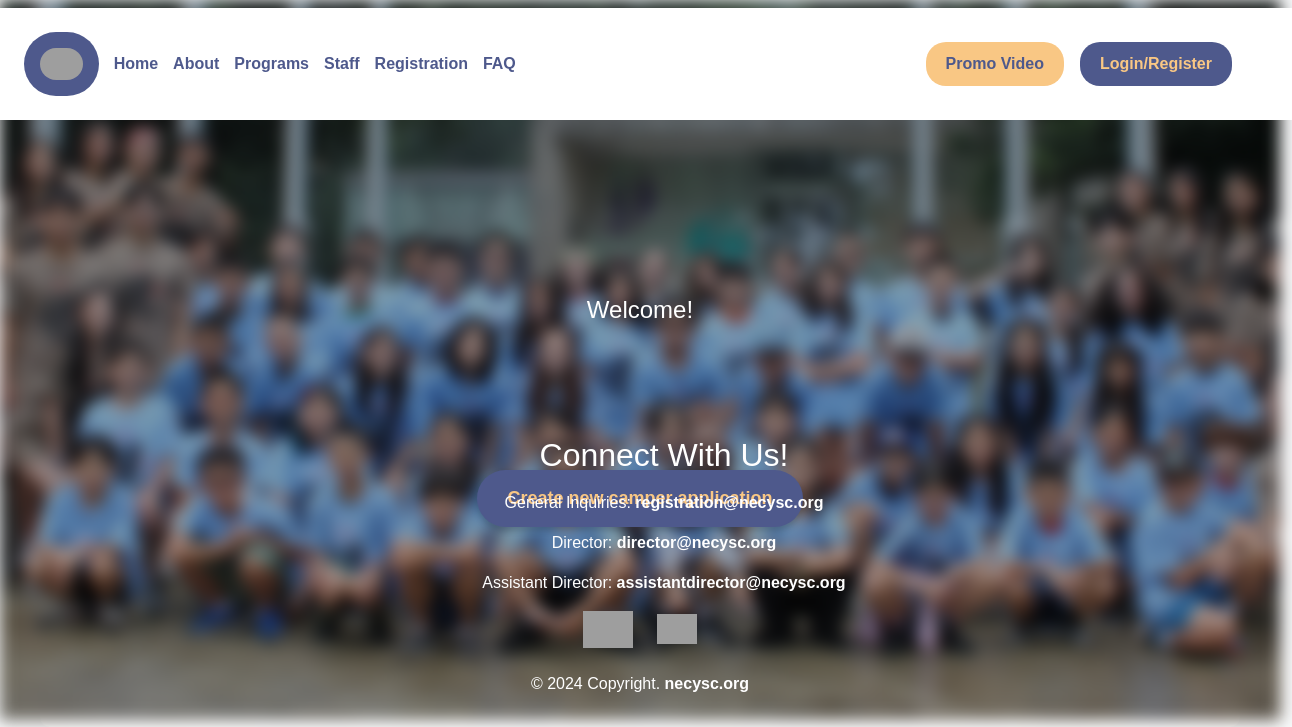
Repository: fullstackatbrown/project-necysc
Page: necysc_app/templates/necysc_app/applicant/index.html
An editor plug-in stored every save of this project. The page is shown before and after a run of saves, followed by the edit.
The browser window is 1280 px wide. The page is 1292 px wide, so the pictures cover 1292 px, including what lies to the right of the window. The pictures show the whole page.
Pictures or frames that could not be fetched are drawn as grey boxes. Some web fonts or font styles are not loaded; a fallback is used. The template is drawn by Django 5.2. The application's start-up code is not run. Other server files are loaded and not shown. The template is opened directly, without the code that normally fills it, so the values that code supplies are empty.

Above is the page before, as saved 2024-12-04 02:00:08.

### necysc_app/templates/necysc_app/applicant/index.html
{% extends "necysc_app/base.html" %}
{% load static %}
{% block title %} Applicant Portal {% endblock %}
{% block content %}
<link rel="stylesheet" href="{% static 'necysc_app/applicant_home.css' %}">

<style>
    body {
        background-color: #f8f9fa;
        margin: 0;
        padding: 0;
        height: 100%;
        width: 100%;
        overflow: hidden;
    }

    .background {
        position: fixed;
        top: 0;
        left: 0;
        width: 100%;
        height: 100%;
        z-index: -1;
        background-image: url("{% static 'necysc_app/images/necyscbannerimage.jpg' %}");
        background-size: cover;
        background-position: center;
        filter: blur(8px);
    }

    .container {
        position: relative;
        z-index: 1;
        background-color: rgba(255, 255, 255, 0.9);
        padding: 20px;
        border-radius: 10px;
        max-width: 1200px;
        margin: auto;
        margin-top: 20px;
    }

    h1, p, a, button {
        position: relative;
        z-index: 2;
    }

    .glow {
        transition: box-shadow 0.3s ease-in-out;
    }

    .glow:hover {
        box-shadow: 0 0 20px 2px rgba(0, 0, 0, 0.15);
    }
    </style>
    <div class="background"></div>

    <div class="content-container">

    <h4 class="welcome-title">Welcome!</h4>
</div>
{% if applications %}
    <div class="container mb-4">
        {% for application in applications %}
        <div class="card col-4 glow">
            <a href="{% url 'necysc_app:application_detail' application.id %}" class="application-card-link">
                <div class="card-body">
                    <h5 class="card-title"><span>{{ application.applicant_fname }}
                        {{ application.applicant_lname }}</span>
                        {% if application.app_status == 'A' %}
                        <span class="badge bg-success float-end">Accepted </span>
                        {% elif application.app_status == 'P' %}
                        <span class="badge bg-secondary float-end">Pending</span>
                        {% else %}
                        <span class="badge bg-danger float-end">Rejected</span>
                        {% endif %}

                    </h5>
                    <!-- horizontal line-->
                    <hr>
                    <p class="card-text fw-light">Year: {{application.app_year}}</p>
                    <p class="card-text m-0 fw-light">Health Status: {{application.health_record_status}}</p>
                </div>

            </a>
        </div>
        {% endfor %}
    </div>
{% endif %}


<div class="button-container">
    <a class="btn-purple enlarged-btn"
        href="{% url 'necysc_app:new_application' %}">Create new camper application</a>
</div>

<style>
    .button-container {
        display: flex;
        justify-content: center;
        align-items: flex-start; /* 对齐到顶部 */
        height: 33vh; /* 占页面高度的三分之一 */
        margin-top: 5vh; /* 添加顶部间距让按钮稍微下移 */
    }
    .content-container {
        display: flex;
        flex-direction: column; /* 元素垂直排列 */
        justify-content: center; /* 垂直居中 */
        align-items: center; /* 水平居中 */
        height: 33vh; /* 占页面高度的三分之一 */
        margin-top: 5vh; /* 页面顶部留空 */
    }


/* 按钮样式 */
.btn-purple {
    background-color: #4e598c;
    color: #f9c784;
    transition: all 0.3s ease;
    border: none;
    padding: 15px 30px; /* 增加按钮的内边距 */
    cursor: pointer;
    font-size: 18px; /* 增大字体 */
    border-radius: 50px;
    box-shadow: 0 4px 6px rgba(0, 0, 0, 0.2); /* 添加轻微阴影效果 */
}

.btn-purple:hover {
    background-color: #f9c784;
    color: #ffffff;
}

/* 放大效果 */
.enlarged-btn {
    transform: scale(1); /* 默认比例 */
    transition: transform 0.3s ease;
}

.enlarged-btn:hover {
    transform: scale(1.2); /* 鼠标悬停时放大 */
}
</style>


{% endblock %}

### necysc_app/templates/necysc_app/base.html
<!DOCTYPE html>
<html lang="en">
	<!-- Header -->
	{% load static %} {% include 'necysc_app/header.html' %}

	<head>
		<!-- Required meta tags -->
		<meta charset="utf-8" />
		<meta name="viewport" content="width=device-width, initial-scale=1" />

		<!--Bootstrap CSS-->
		<link
			href="https://cdn.jsdelivr.net/npm/bootstrap@5.0.2/dist/css/bootstrap.min.css"
			rel="stylesheet"
			integrity="sha384-EVSTQN3/azprG1Anm3QDgpJLIm9Nao0Yz1ztcQTwFspd3yD65VohhpuuCOmLASjC"
			crossorigin="anonymous"
		/>

		<title>{% block title %} {% endblock %}</title>
		<link rel="preconnect" href="https://fonts.googleapis.com" />
		<link rel="preconnect" href="https://fonts.gstatic.com" crossorigin />
		<link
			href="https://fonts.googleapis.com/css2?family=Roboto+Mono:ital,wght@0,100..700;1,100..700&display=swap"
			rel="stylesheet"
		/>

		<!--global Hind font-->
		<link
			href="https://fonts.googleapis.com/css2?family=Hind:wght@400;500;600&display=swap"
			rel="stylesheet"
		/>
		<style>
			body {
				font-family: "Hind", sans-serif;
			}
		</style>

	</head>

	<body>
		<!-- Navbar -->
		{% include 'necysc_app/navbar.html' %}

		<!-- Content -->
		<div class="container">{% block content %} {% endblock %}</div>

		<!-- Footer -->
		{% include 'necysc_app/footer.html' %}

		<!--Bootstrap JavaScript Plugins-->
		<script
			src="https://cdn.jsdelivr.net/npm/bootstrap@5.0.2/dist/js/bootstrap.bundle.min.js"
			integrity="sha384-MrcW6ZMFYlzcLA8Nl+NtUVF0sA7MsXsP1UyJoMp4YLEuNSfAP+JcXn/tWtIaxVXM"
			crossorigin="anonymous"
		></script>
	</body>
</html>

### necysc_app/templates/necysc_app/header.html
<!-- Header -->
<head>
    <meta charset="UTF-8" />
    <!-- Bootstrap Imports -->
    <link
      href="https://cdn.jsdelivr.net/npm/bootstrap@5.0.2/dist/css/bootstrap.min.css"
      rel="stylesheet"
      integrity="sha384-EVSTQN3/azprG1Anm3QDgpJLIm9Nao0Yz1ztcQTwFspd3yD65VohhpuuCOmLASjC"
      crossorigin="anonymous"
    />
    <link
      href="https://cdn.jsdelivr.net/npm/bootstrap-icons@1.8.1/font/bootstrap-icons.css"
      rel="stylesheet"
    />
    <script
    src="https://cdn.jsdelivr.net/npm/bootstrap@5.0.2/dist/js/bootstrap.bundle.min.js"
    integrity="sha384-MrcW6ZMFYlzcLA8Nl+NtUVF0sA7MsXsP1UyJoMp4YLEuNSfAP+JcXn/tWtIaxVXM"
    crossorigin="anonymous"
    ></script>
    <meta name="viewport" content="width=device-width, initial-scale=1" />
    {% load static %}
    <link href="{% static 'necysc_app/style.css' %}" rel="stylesheet" />
    <link rel="icon" href="{%  static 'necysc_app/images/favicon.ico' %}">
</head>

### necysc_app/templates/necysc_app/navbar.html
<!DOCTYPE html>
<html>
<head>
    <title>Your Page Title</title>
    <style>
        a {
            font-weight: bold;
            text-decoration: none;
        }

        .dropdown {
            position: relative;
            display: inline-block;
        }

        .dropdown-content {
            display: none;
            position: absolute;
            background-color: #f9f9f9;
            min-width: 160px;
            box-shadow: 0px 8px 16px 0px rgba(0, 0, 0, 0.2);
            z-index: 10;
            top: 100%;
        }

        .dropdown-content a {
            color: #4e598c;
            padding: 12px 16px;
            text-decoration: none;
            display: block;
            transition: color 0.3s ease, background-color 0.3s ease;
        }

        .dropdown-content a:hover {
            background-color: #4e598c;
            color: #F9C784;
        }

        .dropdown:hover .dropdown-content {
            display: block;
        }

        .navbar-link {
            color: #4e598c;
            transition: color 0.3s ease;
        }

        .navbar-link:hover {
            color: #F9C784;
            background: #4e598c;
            transition: color 0.3s ease;
            padding: 10px 20px;
            border-radius: 9px;
        }

        .active {
            color: #F9C784;
            background: #4e598c;
            padding: 10px 20px;
            text-decoration: none;
            border-radius: 9px;
        }


        .btn-login {
            background-color: #4e598c;
            color: #F9C784;
            transition: all 0.3s ease;
            padding: 10px 20px;
            border-radius: 20px;
            display: inline-block;
            text-align: center;
        }

        .btn-login:hover {
            background-color: #F9C784;
            color: #FFFFFF;
        }

        .btn-padding {
            padding: 10px 20px;
            border-radius: 20px;
            display: inline-block;
            text-align: center;
            background: #F9C784;
            color: #4e598c;
            transition: all 0.3s ease;
        }

        .btn-padding:hover {
            background-color: #4e598c;
            color: #ffffff;
        }


        .col-auto {
            display: flex;
            align-items: center;
        }

        img {
            height: 4rem;
            max-width: 100%;
        }

        #logobutton {
            background-color: #4e598c;
            transition: all 0.3s ease;
        }

        #logobutton:hover {
            background-color: #F9C784;
            color: #FFFFFF;
        }
    </style>
</head>
<body>

<!-- navbar sticky -->
{% load static %}
<div class="row mt-2 pt-4 pb-4 mb-3 d-flex ps-4 pe-5 align-items-center gap-3 sticky-top bg-bi-white bg-white row">

    <input type="checkbox" id="menu-toggle" class="menu-toggle">
    <label for="menu-toggle" class="hamburger">
        &#9776;
    </label>

    <div class="nav-links">

        <div class="col-auto">
            <a href="{% url 'necysc_app:index' %}" id="logo-link">
                <img src="https://www.necysc.org/v2/images/logo2.png" alt="Your Image Description" id="logobutton" class="rounded-pill p-3"/>
            </a>
        </div>

        <div class="dropdown col-auto">
            {% if request.user.is_authenticated %}
            <a href="{% url 'necysc_app:home' %}" class="navbar-link {% if request.path == '/' %}active{% endif %}">Applicant Home</a>
            {% else %}
            <a href="{% url 'necysc_app:index' %}" class="navbar-link {% if request.path == '/' %}active{% endif %}">Home</a>
            {% endif %}
        </div>

        {% if not request.user.is_authenticated %}
        <div class="dropdown col-auto">
            <a href="{% url 'necysc_app:about' %}" class="navbar-link {% if request.path == '/about/' %}active{% endif %}">About</a>
            <div class="dropdown-content">
                <a href="{% url 'necysc_app:about' %}#sponsors">Sponsors</a>
                <a href="{% url 'necysc_app:about' %}#contact">Contact Us</a>
            </div>
        </div>

        <div class="dropdown col-auto">
            <a href="{% url 'necysc_app:programs' %}" class="navbar-link {% if request.path == '/programs/' %}active{% endif %}">Programs</a>
            <div class="dropdown-content">
                <a href="{% url 'necysc_app:programs' %}#day">Day Camp</a>
                <a href="{% url 'necysc_app:programs' %}#on">Overnight Camp</a>
                <a href="{% url 'necysc_app:programs' %}#ea">ExplorAsian</a>
            </div>
        </div>

        <div class="dropdown col-auto">
            <a href="{% url 'necysc_app:staff' %}" class="navbar-link {% if request.path == '/staff/' %}active{% endif %}">Staff</a>
            <div class="dropdown-content">
                <a href="{% url 'necysc_app:staff' %}#cit">CIT</a>
                <a href="{% url 'necysc_app:staff' %}#counselor">Counselor</a>
                <a href="{% url 'necysc_app:staff' %}#ra">RA</a>
                <a href="{% url 'necysc_app:staff' %}#ops">OPs</a>
                <a href="{% url 'necysc_app:staff' %}#committee">Committee</a>
            </div>
        </div>

        <div class="dropdown col-auto">
            <a href="{% url 'necysc_app:registration' %}" class="navbar-link {% if request.path == '/registration/' %}active{% endif %}">Registration</a>
            <div class="dropdown-content">
                <a href="{% url 'necysc_app:registration' %}#importantdates">2025 Important Dates</a>
                <a href="{% url 'necysc_app:registration' %}#financialaid">Financial Aid</a>
            </div>
        </div>

        <div class="dropdown col-auto">
            <a href="{% url 'necysc_app:faq' %}" class="navbar-link {% if request.path == '/faq/' %}active{% endif %}">FAQ</a>
            <div class="dropdown-content">
                <a href="{% url 'necysc_app:faq' %}#faqregistration">Registration</a>
                <a href="{% url 'necysc_app:faq' %}#faqleavingcamp">Leaves and Visits</a>
                <a href="{% url 'necysc_app:faq' %}#faqhealth">Health and Safety</a>
                <a href="{% url 'necysc_app:faq' %}#camp">Camp Activities</a>
            </div>
        </div>
        {% endif %}

        <div class="col-auto ms-auto">
            <a href="https://youtu.be/PPZ1zu8fGl0?si=h436QWcB9vHQeV_G" target="_blank" class="btn-padding me-3">Promo Video</a>
            {% if request.user.is_authenticated %}
            <a href="{% url 'necysc_app:logout' %}" class="btn-login">Logout</a>
            {% else %}
            <a href="{% url 'necysc_app:login' %}" class="btn-login">Login/Register</a>
            {% endif %}
        </div>
    </div>
</div>

</body>
</html>

### necysc_app/templates/necysc_app/footer.html
<!-- Footer -->
<footer class="pt-4" id="contact">


  <h2 class="ps-5 mb-3 mt-5 text-center" style="color: white;">Connect With Us!</h2>
  <p class="ps-5 text-center" style="color: white;">General Inquiries:
    <a href="mailto:registration@necysc.org" style="color: white">registration@necysc.org</a>
  </p>
  <p class="ps-5 text-center" style="color: white;"> Director:
    <a href="mailto:registration@necysc.org" style="color: white">director@necysc.org</a>
  </p>
  <p class="ps-5 text-center" style="color: white;"> Assistant Director:
    <a href="mailto:registration@necysc.org" style="color: white">assistantdirector@necysc.org</a>
  </p>

  <div class="row text-center align-items-center justify-content-center">
    <div class="col-auto">
        <a href="https://www.instagram.com/NECYSC/"  target="_blank">
            <img src="https://cdn.freebiesupply.com/images/large/2x/instagram-icon-white-on-black.png" alt="Instagram Logo" style="width: 50px; height: auto;">
        </a>
    </div>
    <div class="col-auto">
      <a href="https://www.facebook.com/NECYSC"target="_blank">
          <img src="https://www.freepnglogos.com/uploads/logo-facebook-png/logo-facebook-facebook-logo-png-transparent-svg-vector-bie-supply-18.png" alt="Facebook Logo" style="width: 40px; height: auto;">
      </a>
    </div>
  </div>


  <!-- Copyright -->

  <div class="text-center p-4" style="color: white;" >
    © 2024 Copyright.
    <a class="text-reset" href="https://necysc.org/">necysc.org</a>
  </div>

</footer>
<!-- Footer -->

### necysc_app/static/necysc_app/style.css
.hero-section {
  position: relative;
  background-size: cover;
  background-position: center;
  background-repeat: no-repeat;
  color: white;
  height: 60vh;
  display: flex;
  align-items: center;
  justify-content: center;
  overflow: hidden;
}

.hero-section .overlay {
  position: absolute;
  top: 0;
  left: 0;
  width: 100%;
  height: 100%;
  background-color: rgba(0, 0, 0, 0.5);
  z-index: 1;
}

.hero-section .position-relative {
  z-index: 2;
}

.btn-purple {
  background-color: #4e598c;
  color: #f9c784;
  transition: all 0.3s ease;
  padding: 10px 20px;
  border-radius: 20px;
  display: inline-block;
  text-align: center;
  text-decoration: none;
  outline: none;
  border: none;
}

.btn-purple:hover {
  background-color: #f9c784;
  color: #ffffff;
}


.accordion-item .accordion-button:not(.collapsed) {
  background-color: #4e598c; /* Darker purple when open */
  color: #ffffff; /* White text for contrast */
}


.menu-toggle {
  display: none;
}

.hamburger {
  display: none;
  font-size: 24px;
  cursor: pointer;
  color: #4e598c;
}


.nav-links {
  display: flex;
  gap: 15px;
}


@media (max-width: 768px) {
  .nav-links {
      display: none;
      flex-direction: column;
      background-color: white;
      position: absolute;
      top: 60px;
      right: 0;
      width: 100%;
      padding: 10px;
      z-index: 1000;
  }

  .menu-toggle:checked + .hamburger + .nav-links {
      display: flex;
  }

  .hamburger {
      display: block;
  }
}

.optional {
  color: gray;
  font-style: italic;
}

.white-link {
  color: #ffffff;
  text-decoration: none;
  transition: color 0.3s ease;
}

.white-link:hover {
  color: #cccccc;
}

.welcome-title {
  color: white;
}

footer {
  position: fixed;
  bottom: 0;
  left: 0;
  width: 100%;
  z-index: 10;
}

### necysc_app/static/necysc_app/applicant_home.css
.application-card-link {
  text-decoration: none; /* Remove underline */
  color: inherit; /* Inherit text color */
}

.application-card-link:hover {
  text-decoration: none; /* Remove underline */
  color: inherit; /* Inherit text color */
}

.application-card {
  display: flex;
  flex-direction: column;
  border: 1px solid #ccc;
  border-radius: 8px;
  padding: 15px;
  width: 300px;
  height: 180px;
  box-shadow: 0 2px 5px rgba(0, 0, 0, 0.1);
  background-color: #fff;
  position: relative;
  transition: transform 0.2s;
}

.application-card:hover {
  transform: scale(1.02);
  box-shadow: inset;
}

.application-card h2 {
  font-size: 1.5em;
  margin: 0 0 10px 0;
}

.application-card h3 {
  font-size: 1.2em;
  color: #555;
}

.application-card p {
  margin: 5px 0;
}


.status {
  border-radius: 5px;
  color: #fff;
  font-weight: bold;
  z-index: 1;
}

.status.a {
  background-color: rgba(0, 128, 0, 0.2);
  color: green;
}

.status.d {
  background-color: rgba(255, 0, 0, 0.2);
  color: red;
}

.status.p {
  background-color: rgba(255, 165, 0, 0.2);
  color: orange;
}

.status.i {
  background-color: rgba(0, 0, 255, 0.2);
  color: blue;
}

.glow {
  transition: box-shadow 0.3s ease-in-out;
}

.glow:hover {
  box-shadow: 0 0 20px 2px rgba(0, 0, 0, 0.15); /* Adjust the glow effect */
}

.btn-logout {
    display: inline-block;
    padding: 8px 15px;
    background-color: #ff4444;
    color: #fff;
    text-decoration: none;
    border-radius: 5px;
    font-weight: bold;
    transition: background-color 0.3s ease;
    cursor: pointer;
    margin: 10px 0;
}

.btn-logout:hover {
    background-color: #cc0000;
}

After the next 2 saves:
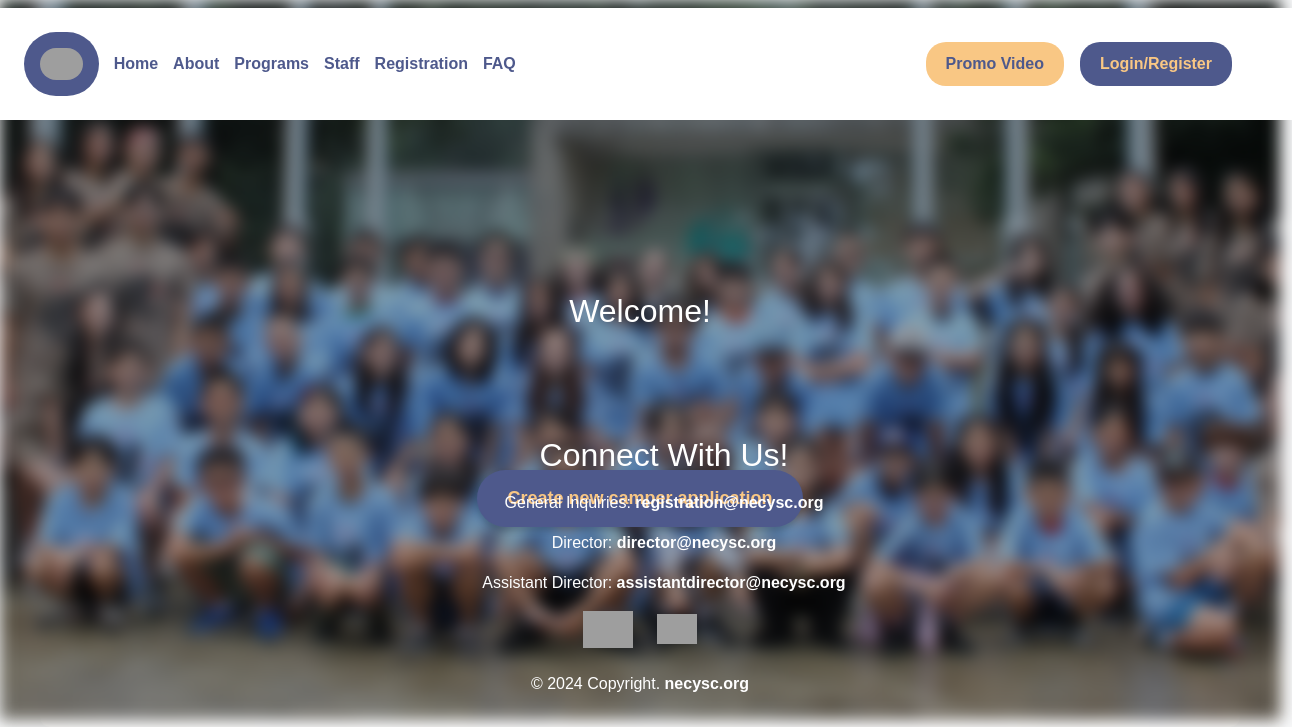
The 2 saves are shown as one change because they came seconds apart.
The last was saved 6 s later.
--- a/necysc_app/templates/necysc_app/applicant/index.html
+++ b/necysc_app/templates/necysc_app/applicant/index.html
@@ -55,7 +55,7 @@
 
     <div class="content-container">
 
-    <h4 class="welcome-title">Welcome!</h4>
+    <h2 class="welcome-title">Welcome!</h2>
 </div>
 {% if applications %}
     <div class="container mb-4">
